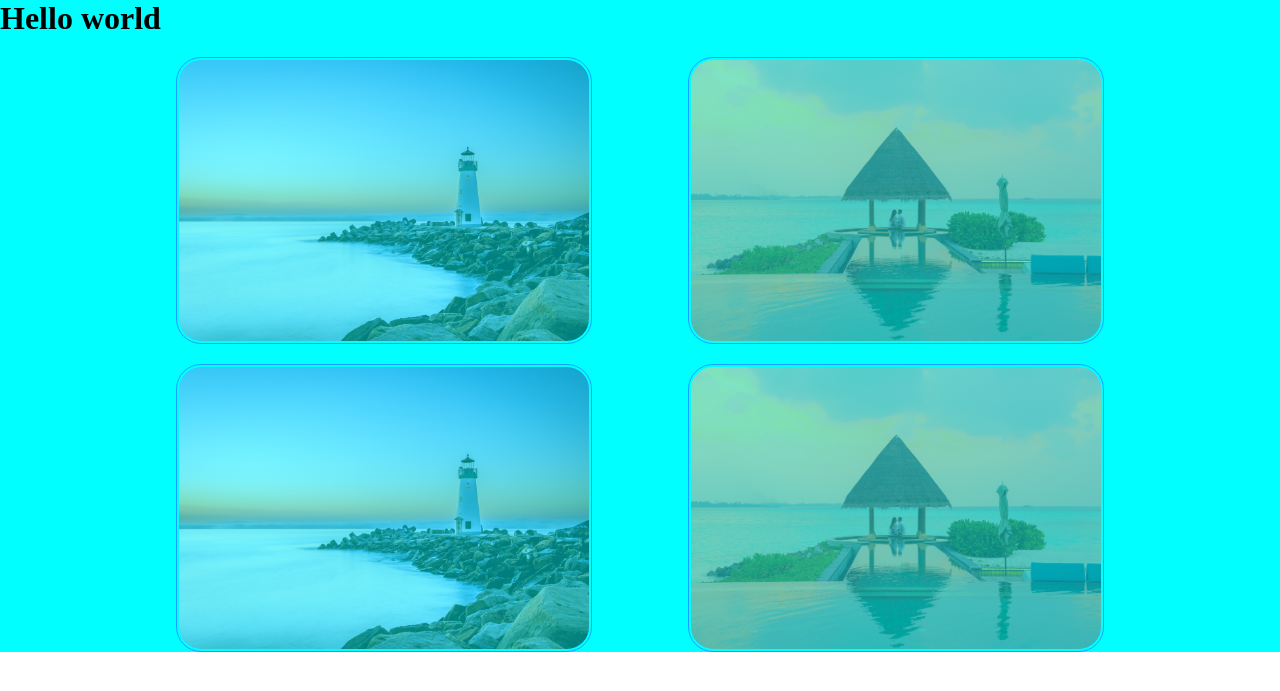
Repository: RPSKumara/DPEdudationPyhton
Page: ImageStyle/index.html
An editor plug-in stored every save of this project. The page is shown before and after the next save, followed by the edit.
The browser window is 1280 px wide. The pictures show the whole page.

Above is the page before, as saved 2022-04-20 11:11:07.

### ImageStyle/index.html
<!DOCTYPE html>
<html lang="en">
	<head>
		<meta charset="UTF-8" />
		<meta http-equiv="X-UA-Compatible" content="IE=edge" />
		<meta name="viewport" content="width=device-width, initial-scale=1.0" />
		<link rel="stylesheet" href="style.css" />
		<title>Document</title>
	</head>
	<body>
		<div class="container">
			<h1>Hello world</h1>
			<div class="imageSlider">
				<img src="Images/01.jpg" alt="images" class="previewImg" srcset="" />
				<img src="Images/02.jpg" alt="images" class="previewImg" srcset="" />
			</div>
            <div class="imageSlider">
				<img src="Images/01.jpg" alt="images" class="previewImg" srcset="" />
				<img src="Images/02.jpg" alt="images" class="previewImg" srcset="" />
			</div>
		</div>
	</body>
</html>

### ImageStyle/style.css
*{
    margin: 0;
    padding: 0;
}
.container{
    width: 100%;
    background-color: aqua;
}
.imageSlider{
    min-width: 80%;
    width: 80%;
    margin: 20px 10%;
    display: flex;
    flex-wrap: wrap;
    justify-content: space-around;
}
.previewImg{
    width: 40%;
    border:1px rgba(76, 0, 255, 0.747) solid;
    padding: 2px;
    height: auto;
    opacity: 50%;
    border-radius: 25px;
    -webkit-border-radius: 25px;
    -moz-border-radius: 25px;
    -ms-border-radius: 25px;
    -o-border-radius: 25px;
}

After the next save:
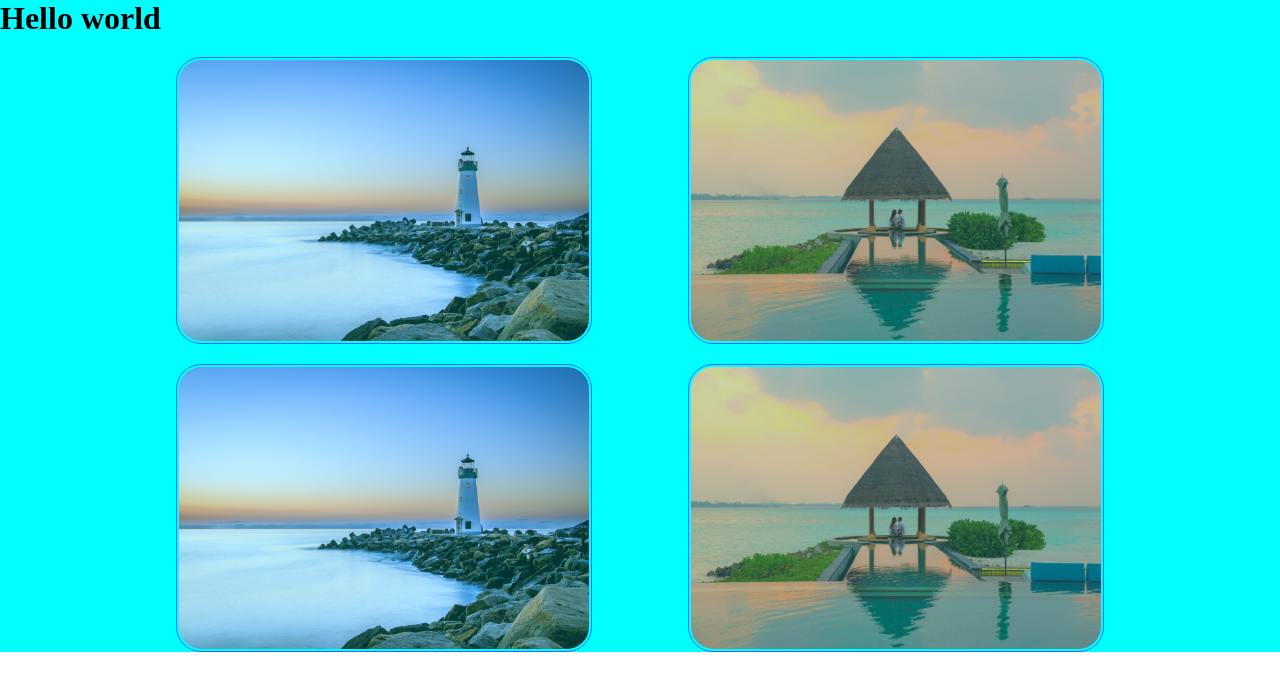
Saved 10 s later.
--- a/ImageStyle/style.css
+++ b/ImageStyle/style.css
@@ -19,7 +19,7 @@
     border:1px rgba(76, 0, 255, 0.747) solid;
     padding: 2px;
     height: auto;
-    opacity: 50%;
+    opacity: 80%;
     border-radius: 25px;
     -webkit-border-radius: 25px;
     -moz-border-radius: 25px;
